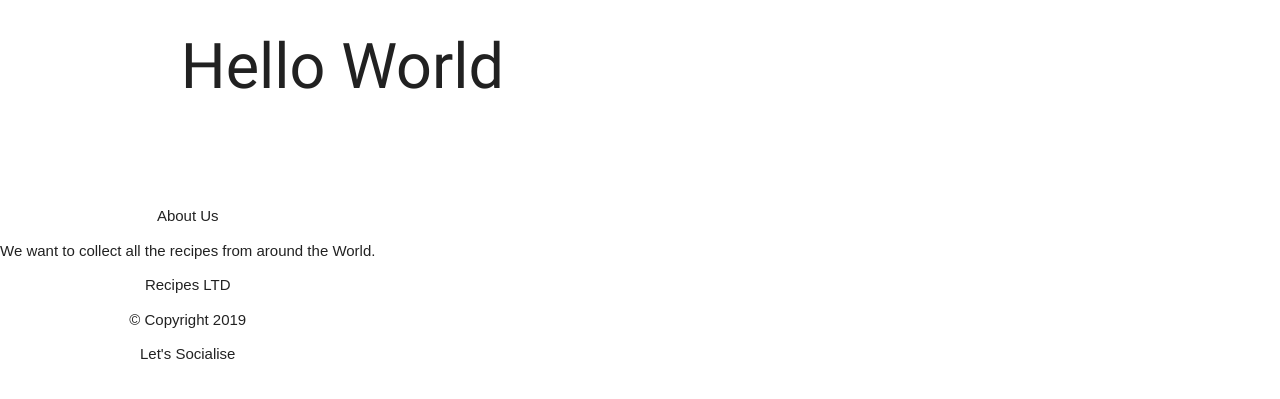
Repository: MarzDell/milestone-project
Page: http://localhost/
The author's editor kept a record of every edit. The page is drawn from the files as they stood at one moment, then again after the next edit.
The browser window is 1280 px wide. The pictures show the whole page.
The page is served by the project's application, run on Flask 3 (app.py). Queries for data that is not in the repository find no rows.

Above is the page before.

### templates/main.html
{% extends 'index.html' %}
{% block content %}


<div class='row'>
    <h1>Hello World</h1>
</div>
{% endblock %}

### templates/index.html
<!DOCTYPE html>
<html lang="en">
<head>
    <link href="https://fonts.googleapis.com/icon?family=Material+Icons" rel="stylesheet">
    <link rel="stylesheet"  href="https://cdnjs.cloudflare.com/ajax/libs/materialize/0.100.2/css/materialize.min.css">
    <link rel="stylesheet" href="{{ url_for('static', filename='css/style.css') }}" type="text/css" />
</head>
<body>

    <div class='container'>
            {% block content %}
            {% endblock %}
    </div>
     <footer class="container-fluid ">
            <div class="row ">
                <div class="col-sm-4 ">
                    <h6 class="general about">About Us</h6>
                    <p class="inline-block ">
                        We want to collect all the recipes from around the World.
                    </p>
                </div>
                <div class="col-sm-4 ">
                    <h6 class="general copyright">Recipes LTD</h6>
                    <p class="inline-block">
                        &copy; Copyright 2019
                    </p>
                </div>
                <div class="col-sm-4 ">
                    <h6 class="general social">Let's Socialise</h6>
                    <ul class="list-inline social-links ">
                        <li><a target="_blank" href="# "><i class="fa fa-facebook "></i></a></li>
                        <li><a target="_blank" href="# "><i class="fa fa-twitter "></i></a></li>
                        <li><a target="_blank" href="# "><i class="fa fa-instagram "></i></a></li>
                        <li><a target="_blank" href="# "><i class="fa fa-youtube "></i></a></li>
                    </ul>
                </div>
            </div>
        </footer>

    <script src="https://cdnjs.cloudflare.com/ajax/libs/jquery/3.4.1/jquery.min.js"></script>
    <script src="https://cdnjs.cloudflare.com/ajax/libs/materialize/0.100.2/js/materialize.min.js"></script>

</body>
</html>

### app.py
import os
from flask import Flask, render_template, redirect, request, url_for
from flask_pymongo import PyMongo
from bson.objectid import ObjectId

app = Flask(__name__)


app.config['MONGO_DBNAME'] = 'mileston-project'
app.config['MONGO_URI'] = 'mongodb+srv://Cat:Kot@myfirstcluster-tlipu.mongodb.net/milestone-project?retryWrites=true&w=majority'
mongo = PyMongo(app)

@app.route('/')

@app.route('/main')
def main():
    return render_template('main.html',
                            tasks=mongo.db.tasks.find())

if __name__ == '__main__':
    app.run(host=os.environ.get('IP'),
            port=int(os.environ.get('PORT')),
            debug=True)

### static/css/style.css
footer {
    margin: 0 auto;
    position: absolute;
    margin-top: 30px;
    padding-top: 25px;
}

.col-sm-4 {
    text-align: center;
}

.fa {
    font-size: 30px;
}

.col-sm-4 {
    font-family: 'Poppins', sans-serif;
    font-weight: 200;
}

After the next edit:
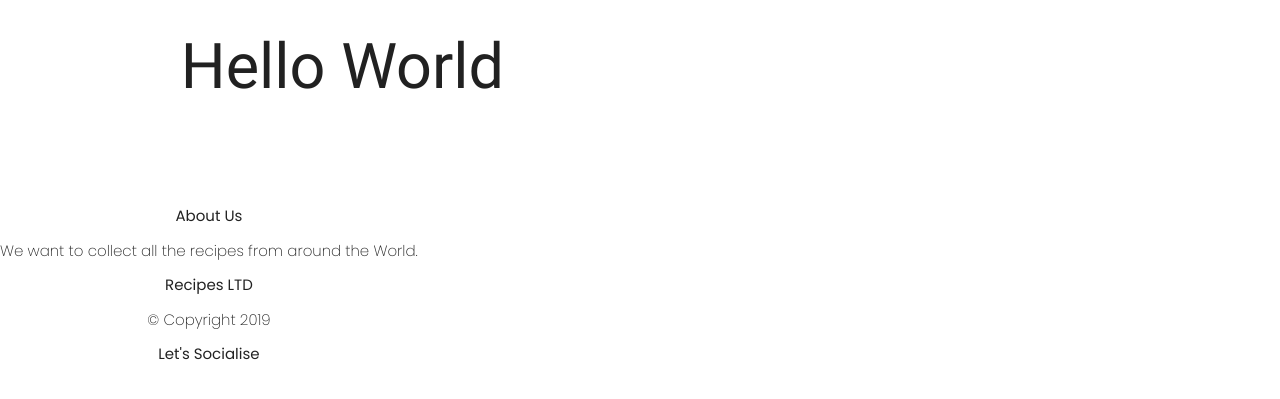
The edit:
--- a/static/css/style.css
+++ b/static/css/style.css
@@ -1,3 +1,5 @@
+@import url('https://fonts.googleapis.com/css?family=Raleway:100,200,300,400,500,600,700|Poppins:100,200,300,400,500,600,700');
+
 footer {
     margin: 0 auto;
     position: absolute;
